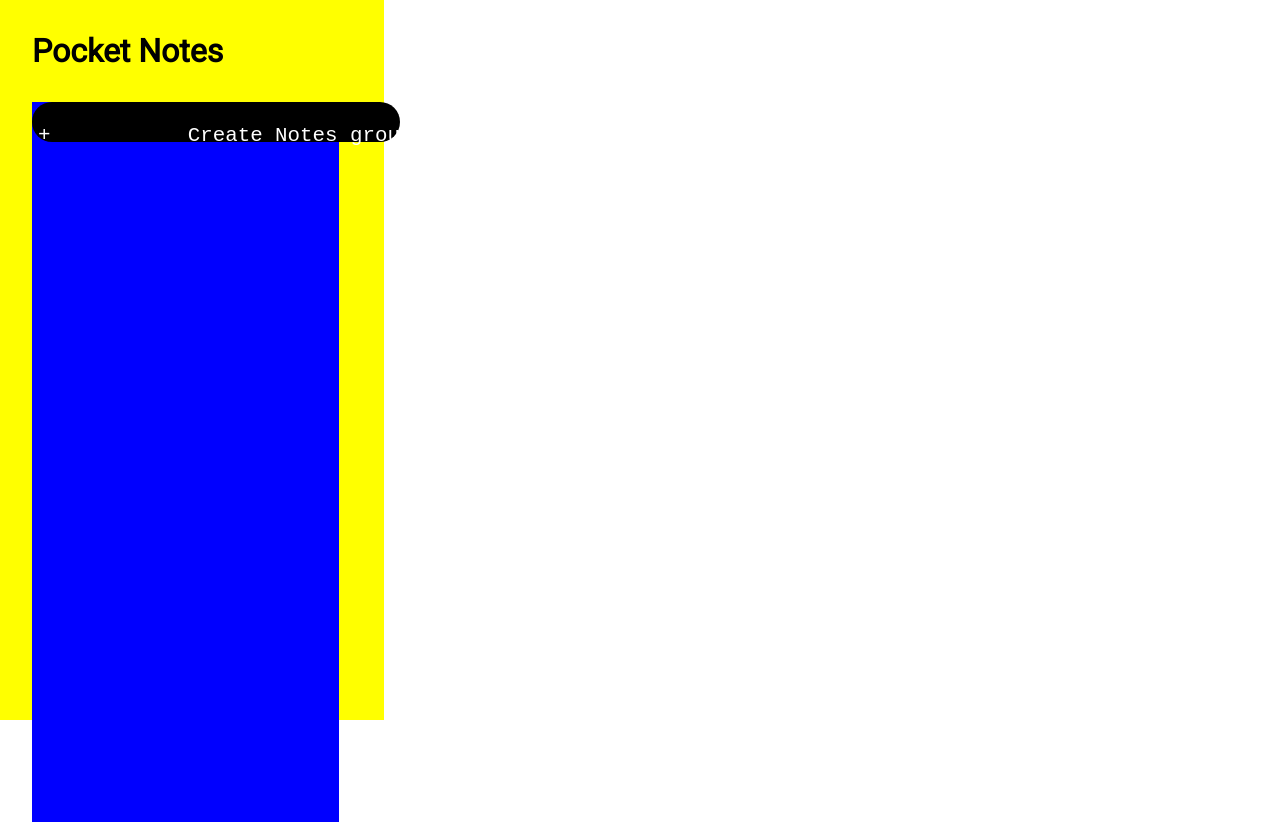
Repository: drumsmanku/react-module-test
Page: /
An editor plug-in stored every save of this project. The page is shown before and after the next save, followed by the edit.
The browser window is 1280 px wide. The pictures show the whole page.
The project was rebuilt for these pictures with package versions that can differ from the ones it lists, and the page was loaded fresh each time.

Above is the page before, as saved 2023-06-07 20:50:14.

### src/App.js
import './App.css';
import MainPage from './Components/MainPage';

function App() {
  return (
    <div className="App">
      <MainPage/>
    </div>
  );
}

export default App;

### src/Components/MainPage.js
import React from 'react';
import './MainPage.css';
import PopUp from './PopUp';
import { useEffect, useState } from 'react';

function MainPage() {
  const myGroups=JSON.parse(localStorage.getItem('group'));
  useEffect(()=>{
    console.log(myGroups)
  }, [])
  return (
    <div className='main-container'>
      <div className="first-compartment">
          <h1>Pocket Notes</h1>
          <div className='group-buttons'>
            <PopUp/>


          </div>
      </div>
      <div className="second-comartment">

      </div>
    </div>
  )
}

export default MainPage

### src/Components/MainPage.css
@import url('https://fonts.googleapis.com/css2?family=Roboto&display=swap');
body{
  font-family: 'Roboto';
}

.main-compartment{
  height: 100vh;
  width: 100vw;
}

.first-compartment{
  width: 30%;
  height: 100vh;
  background-color: yellow;
}

.first-compartment h1{
  margin: 0;
  text-align: left;
  padding: 2rem;
}
.group-buttons{
  height: inherit;
  width: 80%;
  background-color: blue;
  display: flex;
  flex-direction: column;
  align-items: flex-start;
  margin-left: 2rem;
}

### src/Components/PopUp.js
import React from "react";
import './PopUp.css'
import Popup from "reactjs-popup";
import "reactjs-popup/dist/index.css";
import { useState,useEffect } from "react";

function PopUp() {
  const [input, setInput]=useState("");
  const [group, setGroup] = useState([])
  const handleInputChange=(event)=>{
    setInput(event.target.value);
  }
  const handleButtonClick=()=>{
    setGroup([...group, input]);
    setInput('');
  }
  useEffect(() => {
    localStorage.setItem('group', JSON.stringify(group));
    const storedValue = localStorage.getItem('group');
    console.log(storedValue);
  }, [group]);

  return (
    <div>
      <Popup trigger={<button className="btn-1"><pre>+           Create Notes group</pre> </button>} modal nested>
        {(close) => (
          <div className="modal">
            <div className="content">Welcome to GFG!!!</div>
            <div>
              <button onClick={() => close()}>Close modal</button>
              <input type="text" onChange={handleInputChange} value={input} />
              <button onClick={handleButtonClick}>add</button>
            </div>
          </div>
        )}
      </Popup>
    </div>
  );
}

export default PopUp;

### src/Components/PopUp.css
@import url('https://fonts.googleapis.com/css2?family=Roboto&display=swap');

body{
  font-family: 'Roboto';
}

.btn-1{
  width: 23rem;
  height: 2.5rem;
  background-color: black;
  border: none;
  border-radius: 3rem;
  color: white;
  font-weight: 2rem;
  font-size: 1.3rem;
}

Loaded but not shown: public/index.html (common file); src/index.js (common file); src/index.css (common file); src/App.css (common file)

After the next save:
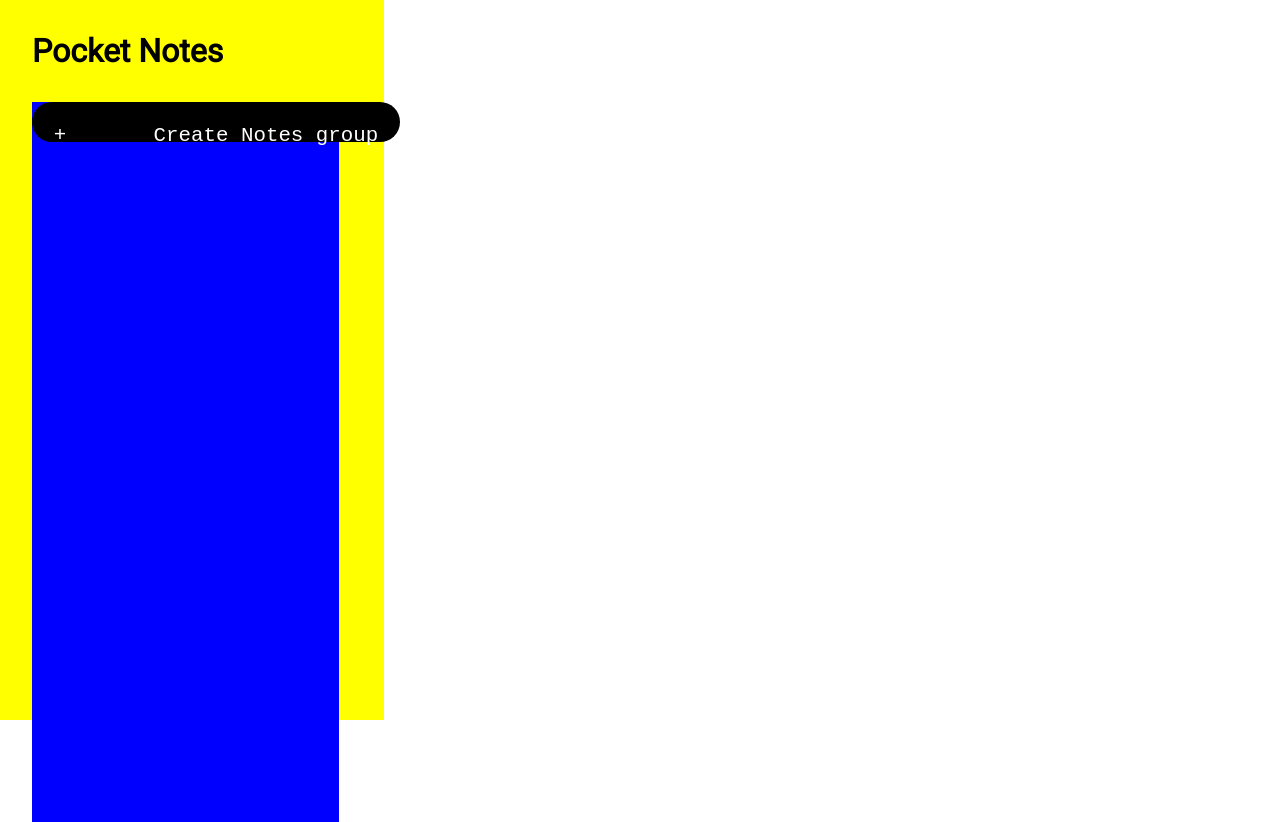
Saved 7 s later.
--- a/src/Components/PopUp.js
+++ b/src/Components/PopUp.js
@@ -22,7 +22,7 @@ function PopUp() {
 
   return (
     <div>
-      <Popup trigger={<button className="btn-1"><pre>+           Create Notes group</pre> </button>} modal nested>
+      <Popup trigger={<button className="btn-1"><pre>+       Create Notes group</pre> </button>} modal nested>
         {(close) => (
           <div className="modal">
             <div className="content">Welcome to GFG!!!</div>
